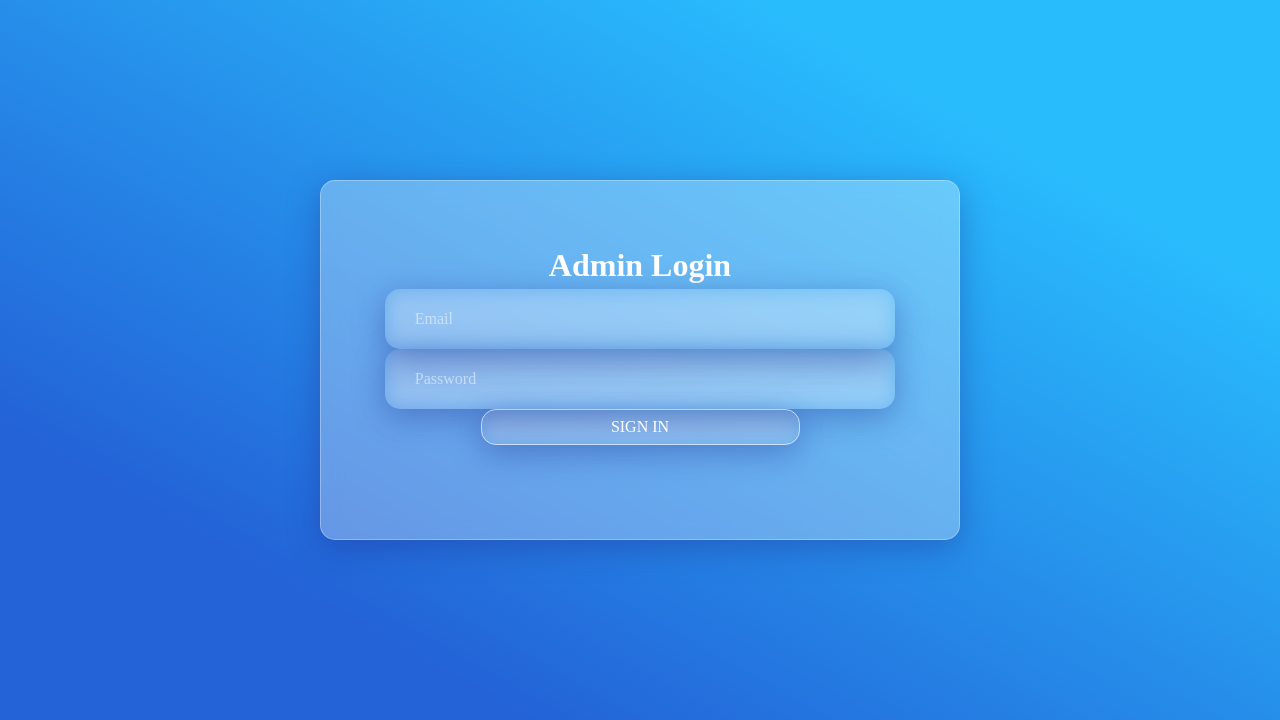
Repository: LEEYONGJUN3068/cms
Page: /login
These files come from the project's save history. The page is drawn as it stood at one moment and after the next save; the edit follows.
The browser window is 1280 px wide. The pictures show the whole page.
The page's requests for data from a server got no answer. The project was rebuilt for these pictures with package versions that can differ from the ones it lists, and the page was loaded fresh each time. The framework's server and built-in components were replaced by stand-ins that run in the browser. No one was signed in, and anything a server would have sent is missing. Also part of the build but not shown: next.config.mjs.

Above is the page before, as saved 2025-09-23 14:59:59.

After the next save:
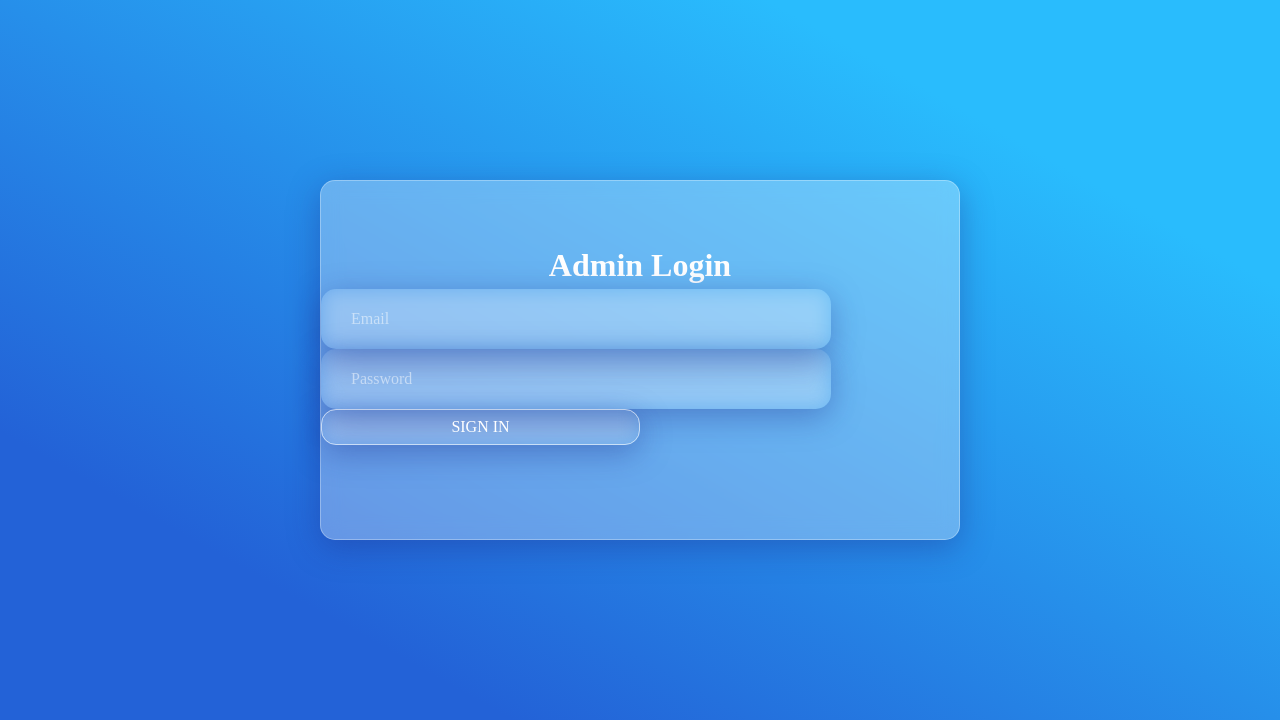
Saved 56 s later.
--- a/src/app/login/login.module.scss
+++ b/src/app/login/login.module.scss
@@ -48,7 +48,7 @@
             display: flex;
             flex-direction: column;
             justify-content: space-between;
-            align-items: center;
+            align-items: space-between;
         }
 
         .loginBtn{

After the 2 saves that followed:
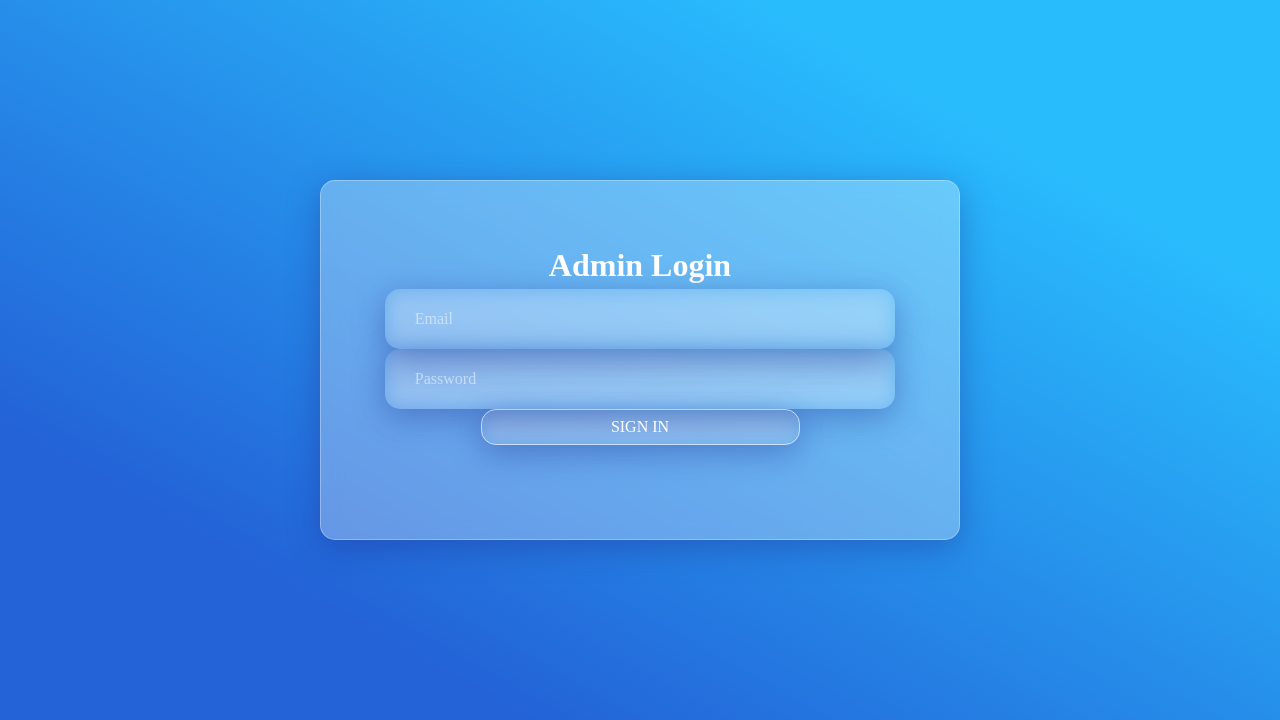
The 2 saves are shown as one change because they came seconds apart.
The last was saved 18 s later.
--- a/src/app/login/login.module.scss
+++ b/src/app/login/login.module.scss
@@ -47,8 +47,8 @@
         form{
             display: flex;
             flex-direction: column;
-            justify-content: space-between;
-            align-items: space-between;
+            justify-content: space-around;
+            align-items: center;
         }
 
         .loginBtn{
